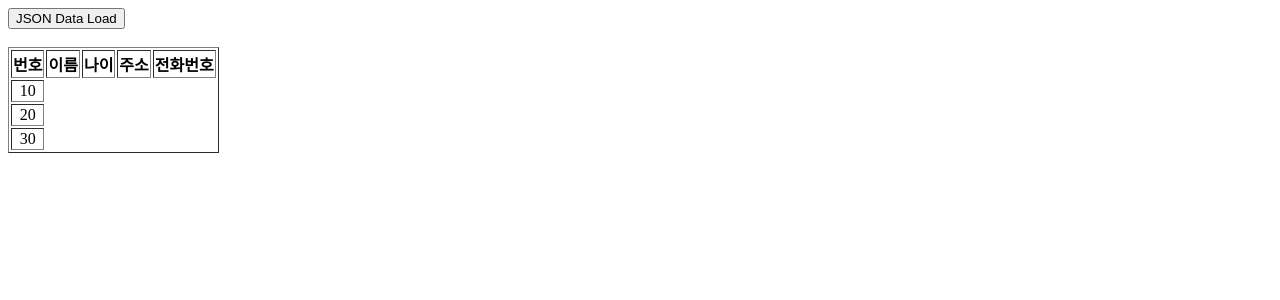
Repository: l3asic/TeamC
Page: 09.jQuery/WebContent/jq08.html
These files come from the project's save history. The page is drawn as it stood at one moment and after the next save; the edit follows.
The browser window is 1280 px wide. The pictures show the whole page.
After loading, the first visible `#btn` was clicked once.

Above is the page before, as saved 2021-12-09 06:26:30.

After the next save:
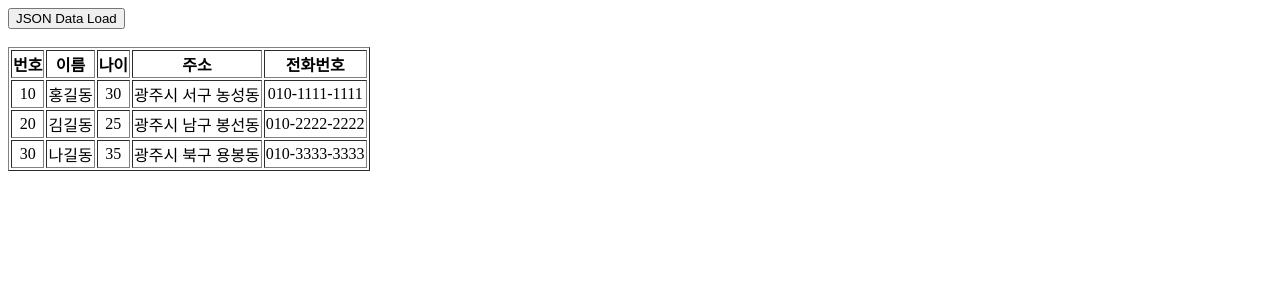
Saved 52 s later.
--- a/09.jQuery/WebContent/jq08.html
+++ b/09.jQuery/WebContent/jq08.html
@@ -16,7 +16,10 @@ $(document).ready(function(){
 			$.each(data, function(key, value){
 				html += "<tr align='center'>";
 				html += "<td>" + value.num + "</td>";
-
+				html += "<td>" + value.name + "</td>";
+				html += "<td>" + value.age + "</td>";
+				html += "<td>" + value.addr + "</td>";
+				html += "<td>" + value.tel + "</td>";
 				html += "</tr>";
 			});	//each()
 
